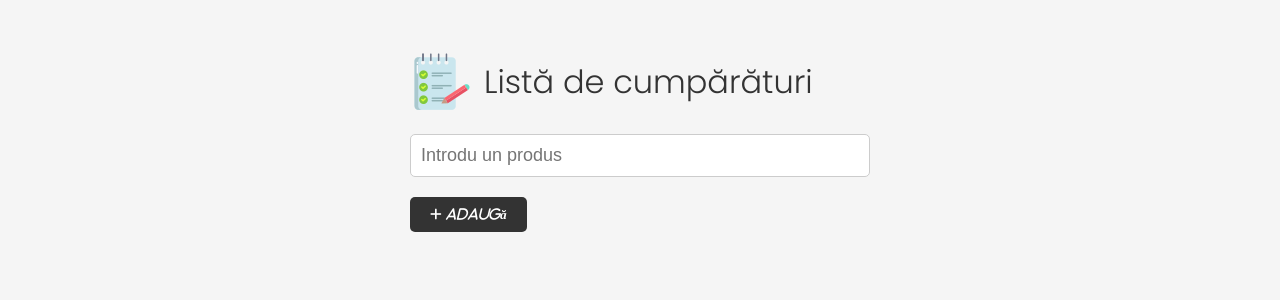
Repository: klaus0005/shopping-list
Page: index.html
The author's editor kept a copy of each file at every save. The page is drawn from the files as they stood at one save, then again after the next save.
The browser window is 1280 px wide. The pictures show the whole page.
Some web libraries are served in a nearby version.

Above is the page before, as saved 2024-06-27 00:08:48.

### index.html
<!DOCTYPE html>
<html lang="en">

  <head>
    <meta charset="UTF-8" />
    <meta http-equiv="X-UA-Compatible" content="IE=edge" />
    <meta name="viewport" content="width=device-width, initial-scale=1.0" />
    <link rel="stylesheet" href="https://cdnjs.cloudflare.com/ajax/libs/font-awesome/6.1.2/css/all.min.css"
      integrity="sha512-1sCRPdkRXhBV2PBLUdRb4tMg1w2YPf37qatUFeS7zlBy7jJI8Lf4VHwWfZZfpXtYSLy85pkm9GaYVYMfw5BC1A=="
      crossorigin="anonymous" referrerpolicy="no-referrer" />
    <link rel="stylesheet" href="style.css" />
    <title>Listă de cumpărături</title>
  </head>

  <body>
    <div class="container">
      <header>
        <img src="images/note.png" alt="" />
        <h1>Listă de cumpărături</h1>
      </header>
      <form id="item-form">
        <div class="form-control">
          <input type="text" class="form-input" id="item-input" name="item" placeholder="Introdu un produs" />
        </div>
        <div class="form-control">
          <button type="submit" class="btn">
            <i class="fa-solid fa-plus"></i>Adaugă
          </button>
        </div>
      </form>

      <div class="filter">
        <input type="text" class="form-input-filter" id="filter" placeholder="Filtrează produse" />
      </div>

      <ul id="item-list" class="items"></ul>

      <button id="clear" class="btn-clear">Șterge tot</button>
    </div>

    <script src="script.js"></script>
  </body>

</html>

### style.css
@import url('https://fonts.googleapis.com/css2?family=Poppins:wght@300;400;700&display=swap');
*,
*::before,
*::after {
  margin: 0;
  padding: 0;
  box-sizing: border-box;
}

body {
  font-family: 'Poppins', sans-serif;
  font-size: 16px;
  line-height: 1.5;
  color: #333;
  background-color: #f5f5f5;
}

header {
  display: flex;
  justify-content: flex-start;
  align-items: center;
  margin-bottom: 20px;
}

header h1 {
  font-weight: 300;
  margin-left: 10px;
}

.container {
  max-width: 500px;
  margin: 30px auto;
  padding: 20px;
}

.edit-mode {
  color: #ccc;
}

/* Form & Input */
.form-input {
  width: 100%;
  font-size: 18px;
  margin-bottom: 20px;
  padding: 10px;
  border: 1px solid #ccc;
  border-radius: 5px;
  outline: none;
}

.form-input-filter {
  margin-top: 20px;
  width: 100%;
  font-size: 18px;
  margin-bottom: 20px;
  padding: 10px;
  border: none;
  border-bottom: 1px solid #ccc;
  background: transparent;
  outline: none;
}

/* Buttons */
.btn {
  background-color: #333;
  color: #fff;
  border: none;
  border-radius: 5px;
  padding: 10px 20px;
  cursor: pointer;
}

.btn:hover {
  background-color: #444;
}

.btn-link {
  font-size: 16px;
  background-color: transparent;
  color: #333;
  border: none;
  padding: 0;
  cursor: pointer;
}

.btn-clear {
  margin-top: 20px;
  width: 100%;
  font-size: 16px;
  background-color: transparent;
  color: #333;
  border: 1px solid #ccc;
  border-radius: 5px;
  padding: 10px 20px;
  cursor: pointer;
}

.btn-clear:hover {
  background-color: #f1f1f1;
}

.text-red {
  color: red;
}

/* Items */

.items {
  margin-top: 20px;
  display: flex;
  flex-wrap: wrap;
}

.items li {
  display: flex;
  justify-content: space-between;
  width: 45%;
  border: 1px solid #ccc;
  border-radius: 5px;
  padding: 10px 15px;
  margin: 0 5px 20px;
  font-weight: 700;
  cursor: pointer;
}

@media (max-width: 500px) {
  .items li {
    width: 100%;
  }
}

### script.js
const itemForm = document.getElementById('item-form');
const itemInput = document.getElementById('item-input');
const itemList = document.getElementById('item-list');
const clearBtn = document.getElementById('clear');
const itemFilter = document.getElementById('filter');
const formBtn = itemForm.querySelector('button');
let isEditMode = false;

function displayItems() {
  const itemsFromStorage = getItemsFromStorage();
  itemsFromStorage.forEach((item) => addItemToDOM(item));
  checkUI();
}

function onAddItemSubmit(e) {
  e.preventDefault();
  const newItem = itemInput.value;

  //Validate input
  if (newItem === '') {
    alert('Vă rugăm adăugați un produs');
    return;
  }

  //Check for edit mode
  if (isEditMode) {
    const itemToEdit = itemList.querySelector('.edit-mode');

    removeItemFromStorage(itemToEdit.textContent);
    itemToEdit.classList.remove('.edit-mode');
    itemToEdit.remove();
    isEditMode = false;
  } else {
    if (checkIfItemExist(newItem)) {
      alert('Produsul există deja');
      return;
    }
  }

  //Create item to DOM element
  addItemToDOM(newItem);

  //Add item to local storage
  addItemToStorage(newItem);

  checkUI();

  itemInput.value = '';
}

function addItemToDOM(item) {
  //Create list item
  const li = document.createElement('li');
  li.appendChild(document.createTextNode(item));

  const button = createButton('remove-item btn-link text-red');
  li.appendChild(button);

  // Add li to the DOM
  itemList.appendChild(li);
}

function createButton(classes) {
  const button = document.createElement('button');
  button.className = classes;
  const icon = createIcon('fa-solid fa-xmark');
  button.appendChild(icon);
  return button;
}

function createIcon(classes) {
  const icon = document.createElement('i');
  icon.className = classes;
  return icon;
}

function addItemToStorage(item) {
  const itemsFromStorage = getItemsFromStorage();

  // Add new item to an array
  itemsFromStorage.push(item);

  //convert to JSON string and set to local storage
  localStorage.setItem('items', JSON.stringify(itemsFromStorage));
}

function getItemsFromStorage() {
  let itemsFromStorage;

  if (localStorage.getItem('items') === null) {
    itemsFromStorage = [];
  } else {
    itemsFromStorage = JSON.parse(localStorage.getItem('items'));
  }

  return itemsFromStorage;
}

function onClickItem(e) {
  if (e.target.parentElement.classList.contains('remove-item')) {
    removeItem(e.target.parentElement.parentElement);
  } else {
    setItemToEdit(e.target);
  }
}

function checkIfItemExist(item) {
  const itemsFromStorage = getItemsFromStorage();
  return itemsFromStorage.includes(item);
}

function setItemToEdit(item) {
  isEditMode = true;

  itemList
    .querySelectorAll('li')
    .forEach((i) => i.classList.remove('edit-mode'));

  item.classList.add('edit-mode');
  formBtn.innerHTML = '<i class="fa-solid fa-pen"></i>   Update Item';
  itemInput.value = item.textContent;
  formBtn.style.backgroundColor = '#228B22';
}

function removeItem(item) {
  if (confirm('Are you sure')) {
    //Remove item from DOM
    item.remove();

    //Remove item from storage
    removeItemFromStorage(item.textContent);

    checkUI();
  }
}

function removeItemFromStorage(item) {
  let itemsFromStorage = getItemsFromStorage();
  //Filter out item to be removed

  itemsFromStorage = itemsFromStorage.filter((i) => i !== item);

  //re-set to local storage
  localStorage.setItem('items', JSON.stringify(itemsFromStorage));
}

function clearItems() {
  while (itemList.firstChild) {
    itemList.removeChild(itemList.firstChild);
  }

  //Clear from localStorage
  localStorage.removeItem('items');
  checkUI();
}

function filterItems(e) {
  const items = itemList.querySelectorAll('li');
  const text = e.target.value.toLowerCase();
  items.forEach((item) => {
    const itemName = item.firstChild.textContent.toLowerCase();
    if (itemName.indexOf(text) != -1) {
      item.style.display = 'flex';
    } else {
      item.style.display = 'none';
    }
  });
}

function checkUI() {
  itemInput.value = '';

  const items = itemList.querySelectorAll('li');
  if (items.length === 0) {
    clearBtn.style.display = 'none';
    itemFilter.style.display = 'none';
  } else {
    clearBtn.style.display = 'block';
    itemFilter.style.display = 'block';
  }

  formBtn.innerHTML = '<i class="fa-solid fa-plus"><i> Adaugă';
  formBtn.style.backgroundColor = '#333';
  formBtn.style.fontFamily = 'sans-serif';

  isEditMode = false;
}

//Initialize app
function init() {
  // Event listeners
  itemForm.addEventListener('submit', onAddItemSubmit);
  itemList.addEventListener('click', onClickItem);
  clearBtn.addEventListener('click', clearItems);
  itemFilter.addEventListener('input', filterItems);
  document.addEventListener('DOMContentLoaded', displayItems);

  checkUI();
}
init();

After the next save:
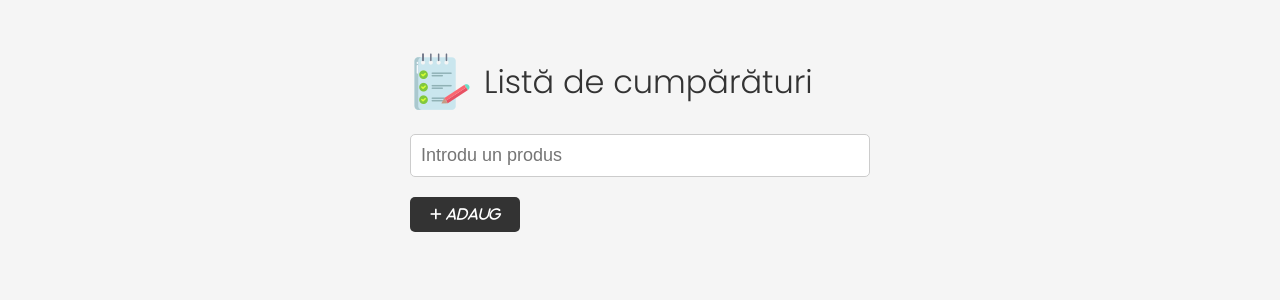
Saved 5 s later.
--- a/script.js
+++ b/script.js
@@ -179,7 +179,7 @@ function checkUI() {
     itemFilter.style.display = 'block';
   }
 
-  formBtn.innerHTML = '<i class="fa-solid fa-plus"><i> Adaugă';
+  formBtn.innerHTML = '<i class="fa-solid fa-plus"><i> Adaug';
   formBtn.style.backgroundColor = '#333';
   formBtn.style.fontFamily = 'sans-serif';
 
